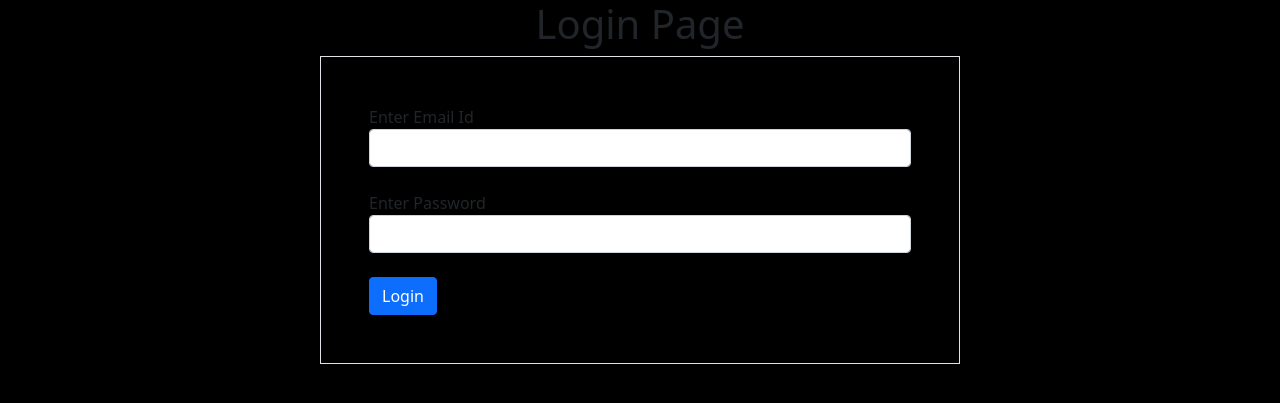
Repository: becoderpavy/servlet_tutorials
Page: 3_RequestDispatch_Example/src/main/webapp/login.html
The author's editor kept a copy of each file at every save. The page is drawn from the files as they stood at one save, then again after the next save.
The browser window is 1280 px wide. The pictures show the whole page.

Above is the page before, as saved 2023-06-09 16:44:54.

After the next save:
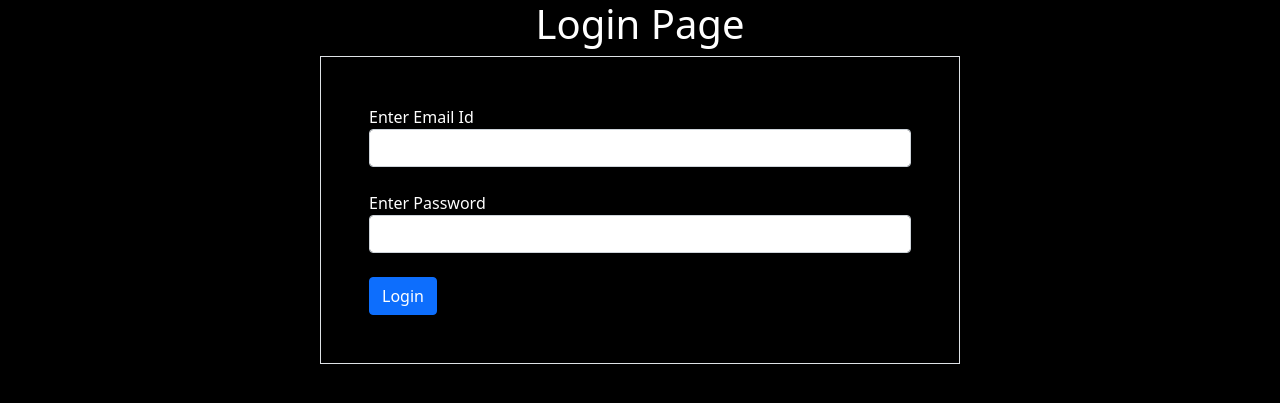
Saved 18 s later.
--- a/3_RequestDispatch_Example/src/main/webapp/login.html
+++ b/3_RequestDispatch_Example/src/main/webapp/login.html
@@ -9,7 +9,7 @@
 	integrity="sha384-EVSTQN3/azprG1Anm3QDgpJLIm9Nao0Yz1ztcQTwFspd3yD65VohhpuuCOmLASjC"
 	crossorigin="anonymous">
 </head>
-<body style="background-color: black;">
+<body style="background-color: black; color:white;">
 	<h1 class="text-center">Login Page</h1>
 	<div class=" col-md-6 offset-md-3 border p-5">
 		<form>
